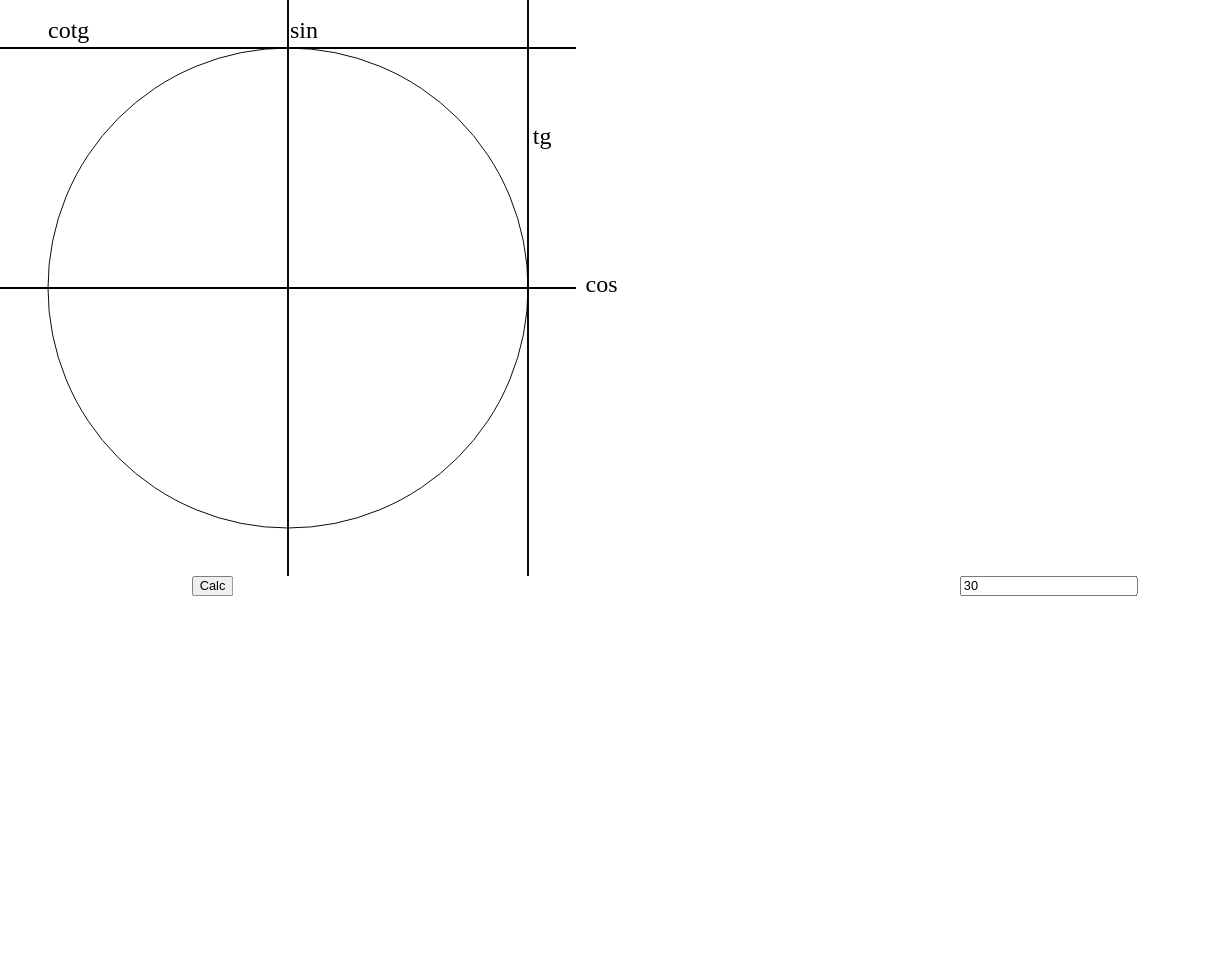
Repository: BraynStorm/braynstorm.github.io
Page: http://localhost/
These files come from the project's save history. The page is drawn as it stood at one moment and after the next save; the edit follows.
The browser window is 1280 px wide. The pictures show the whole page, at 96% of full size.
The page is run by PHP 8.4 with error messages shown; the project is at /var/www/html/.

Above is the page before, as saved 2015-02-23 18:08:47.

After the next save:
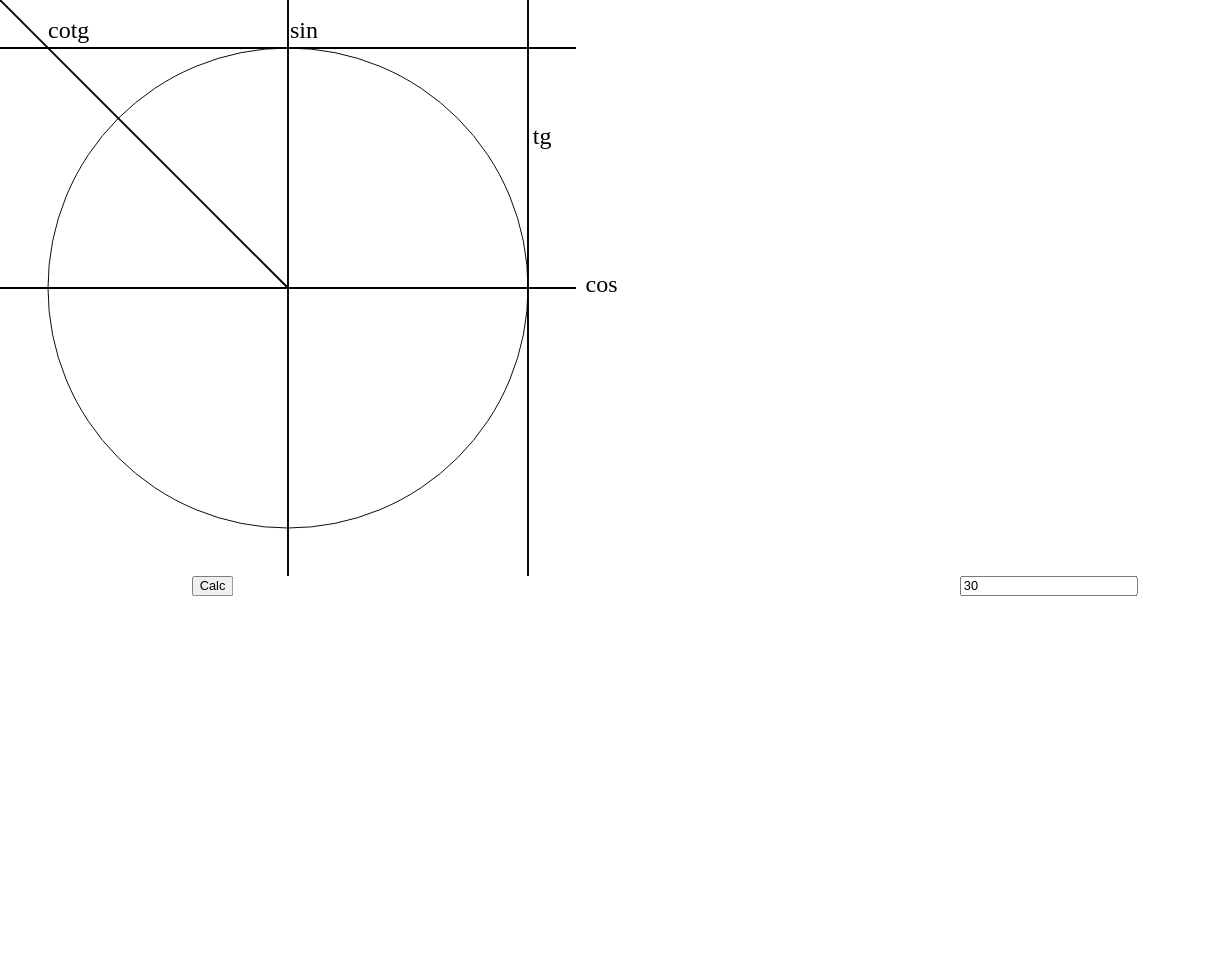
Saved 99 s later.
--- a/JSDrawing/index.php
+++ b/JSDrawing/index.php
@@ -26,7 +26,7 @@
 
 				<!--  THE ANGLE -->
 
-				<line id="angle" x1="300" y1="300" />
+				<line id="angle" x1="300" y1="300" style="stroke:rgb(0,0,0);stroke-width:2;" />
 
 
 			</svg>
